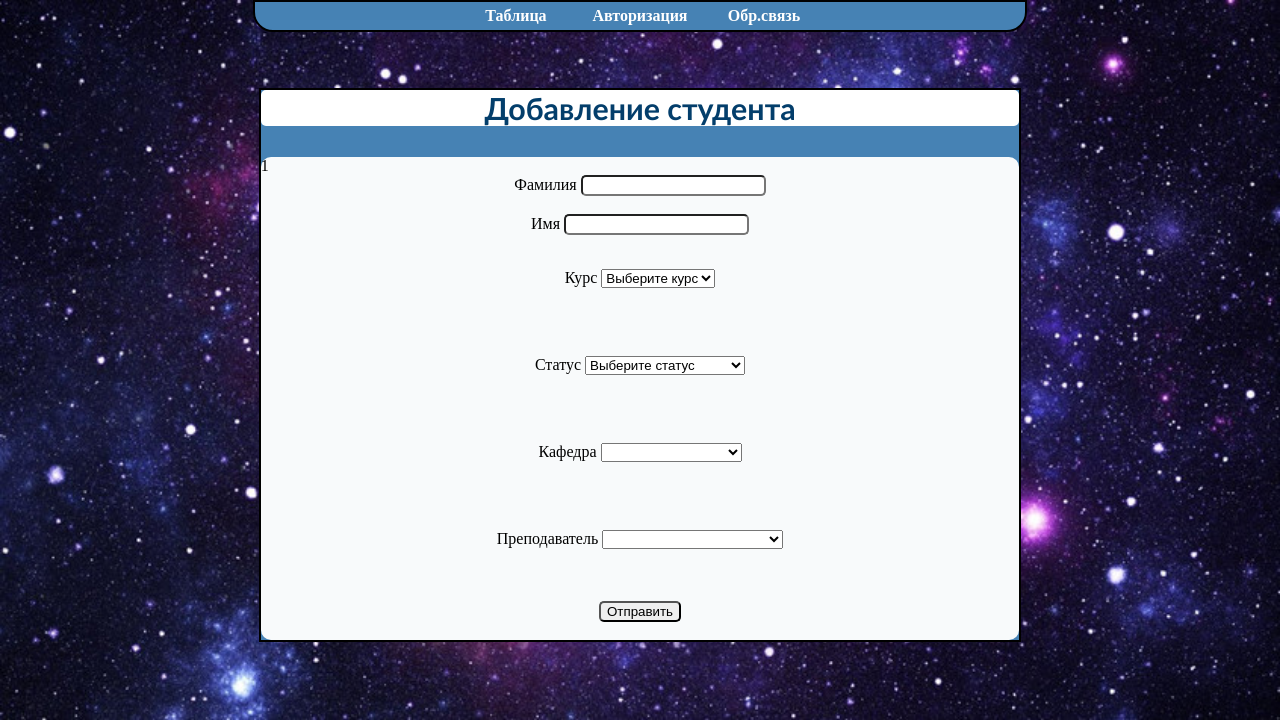
Repository: BeliaevAleksei/WeBCourse
Page: http://localhost/addSt.php
The author's editor kept a record of every edit. The page is drawn from the files as they stood at one moment, then again after the next edit.
The browser window is 1280 px wide. The pictures show the whole page.
The page is run by PHP 8.4 with error messages shown; the project is at /var/www/html/. The session is filled in as if someone had signed in: {"Id": 1, "Name": 1, "isAdmin": 1, "check": "1"}. Other server files are loaded and not shown. Queries for data that is not in the repository find no rows.

Above is the page before.

### Учебная практика/addSt.php
<!DOCTYPE html>
<html>
<head>
	<link rel="icon" type="image/x-icon" href="./img/znachok.jpg">
	<meta http-equiv="Content-Type" content="text/html; charset=utf-8" />
	<link rel="stylesheet" href="css/main.css">
	<title>Managment</title>

</head>
<body>
	<div class="page">
		<div class="header">
			<ul id="navbar">
				<li><a href="index.php">Таблица</a></li>
				<li><a href="authorization.php">Авторизация</a></li>
				<li><a href="back.php">Обр.связь</a></li>
			</ul>
		</div>
		<div class="main-text">
			<h3>Добавление студента</h3>
			<div class="main-text-content">
				<?php
				session_start();
				$check = $_SESSION['check'];
				echo $check;
				if($check = 2){
				    echo "<script>alert(\" Некорректный ввод \");</script>";
					unset($_SESSION['check']);
				}
				else if($check = 3){
				    echo "<script>alert(\" Кафедра и преподаталеь не совпадают \");</script>";
				    unset($_SESSION['check']);
				}
				include ('dao.php');
				echo "</br>";
				echo "<form action=\"AddStInTable.php\" method=\"post\">";

				echo "<label> Фамилия</label> <input type=\"text\" name=\"firstName\">
				<br><br>";

				echo "<label> Имя </label> <input type=\"text\" name=\"lastName\">
				<br><br>";


				echo " <p> <label> Курс </label>";
				echo "<select  name=\"Course\">
				<option value=\"-1\">Выберите курс</option>
				<option value= \"1\"> 1 </option>
				<option value= \"2\"> 2 </option>
				<option value= \"3\"> 3 </option>
				<option value= \"4\"> 4 </option>";
				echo "</select></p>
				<br><br>";

				echo "<p> <label> Статус </label>";
				echo "<select  name=\"Status\">
				<option value=\"-1\">Выберите статус</option>
				<option value= \"Haven't teacher\"> Haven't teacher </option>
				<option value= \"Transfer\"> Transfer </option>
				<option value= \"Appointment of teacher\"> Appointment of teacher </option>
				<option value= \"Change of teacher\"> Change of teacher </option>";
				echo "</select></p>
				<br><br>";

				echo "<p> <label> Кафедра </label>
				<select  name=\"Pulpit\">
				<option disabled> Выберите кафедру </option>";
				$dao2 = new DAO();
				$sqlPulpit = $dao2->getPulpit();
				while ($sql = mysqli_fetch_array($sqlPulpit, MYSQLI_ASSOC)) {
					$res = $sql['Pulpit'];
					echo "<option value=\"$res\">$res</option>";
				}
				echo "</select></p>
				<br><br>";

				echo "<p> <label> Преподаватель </label>";
				echo "<select name=\"Teacher\">
				<option disabled >Выберите преподавателя</option>";
				$dao = new DAO();
				$sqlTeacher = $dao->getTeachers();
				while ($sql = mysqli_fetch_array($sqlTeacher, MYSQLI_ASSOC)) {
					$res = $sql['FirstName'];
					echo "<option value=\"$res\">$res</option>";
				}
				echo "</select></p>
				<br><br>";
				echo "<input type=\"submit\" value=\"Отправить\">
				<br><br> </form>";

				?>
			</div>
		</div>
	</div>

</body>
</html>

### Учебная практика/dao.php
<?php
class DAO
{
    private $link;

    public function __construct() {
        $this->link = mysqli_connect("localhost", "dislexsu", "", "Management");
    }

    public function sql_query($sqlString)
    {
       return mysqli_query($this->link, $sqlString);
    }


    public function getPulpit() {
        return $this->sql_query("SELECT * FROM FacultyAndPulpit");
    }

    public function getTeachers() {
        return $this->sql_query("SELECT * FROM Teachers");
    }

    public function getStudents() {
        return $this->sql_query("SELECT * FROM Students");
    }

    public function addTeacher($login, $password) {
        $this->sql_query("INSERT INTO `Autorization`(`ID`, `Teacher`, `Password`) VALUES ('','$login','$password')");
    }

    public function addTeacherIntable($firstName, $lastName, $pulpit) {
        $this->sql_query("INSERT INTO `Teachers`(`ID`, `FirstName`, `LastName`, `Pulpit`) VALUES ('','$firstName', '$lastName', '$pulpit')");
    }

    public function addStudent($firstName, $lastName, $course, $status, $teacher, $pulpit) {
        $this->sql_query("INSERT INTO `Students`(`ID`, `FirstName`, `LastName`, `Course`, `Status`, `Teacher`, `Pulpit`) VALUES ('', '$firstName', '$lastName', '$course', '$status', '$teacher', '$pulpit')");
    }

    public function addFP($faculty, $pulpit) {
        $this->sql_query("INSERT INTO `FacultyAndPulpit`(`ID`, `Faculty`, `Pulpit`) VALUES ('','$faculty','$pulpit')");
    }

    public function deleteFP($id) {
        $this->sql_query("DELETE FROM `FacultyAndPulpit` WHERE ID = '$id' ");
    }

    public function deleteT($id) {
        $this->sql_query("DELETE FROM `Teachers` WHERE ID = '$id' ");
    }
    public function updateST($id, $firstName, $lastName, $course, $status, $teacher, $pulpit) {
    $this->sql_query("UPDATE `Students` SET `FirstName`= '$firstName' ,`LastName`='$lastName',`Course`='$course',`Status`='$status',`Teacher`='$teacher',`Pulpit`='$pulpit'
    WHERE ID = $id");
    }

     public function addMessage($login, $mail, $message) {
        $this->sql_query("INSERT INTO `Message`(`ID`, `Login`, `Mail`, `Message`) VALUES ('','$login','$mail', '$message')");
    }
}

### Учебная практика/css/main.css

@media (min-width: 1024px) {
	body
	{
		background: url(../img/fon.jpg);
		background-position: center center;
		background-size: cover;
		background-attachment: fixed;
	}
	.main-text-content > img {
		width: 49%;
		height: 300px;
		display: inline-block;
	}
	a{
		font-size: 1.0em;
	}
	p{
		font-size: 1.0em;
	}

	h3{
		font-size: 1.9em;
	}
	h2{
		font-size: 1.3em;
	}
		.righttable{
		width: 26%;
		float: right;
	}
	.lefttable{
		width: 26%;
		float: left;
	}
}
@media (min-width: 720px) and (max-width: 1023px) {

	body {
		background: url(../img/fon.jpg);
		background-position: center center;
		background-size: cover;
		background-attachment: fixed;

	}
	.main-text-content > img {
		/*width: 400px;*/
		width: 40%;
		height: 300px;
		display: inline-block;
	}
	a{
		font-size: 0.8em;
	}
	p{
		font-size: 0.8em;
	}

	h3{
		font-size: 1.5em;
	}
	h2{
		font-size: 1.1em;
	}
		.righttable{
		width: 26%;
		float: right;
	}
	.lefttable{
		width: 26%;
		float: left;
	}
}

@media (min-width: 480px) and (max-width: 719px)
{
	body {
		background: url(../img/fon.jpg);
		background-position: center center;
		background-size: cover;
		background-attachment: fixed;
	}
	.main-text-content > img {
		/*width: 274px;*/
		width: 30%;
		height: 300px;
		display: inline-block;
	}
	a{
		font-size: 0.5em;
	}
	p{
		font-size: 0.5em;
	}

	h3{
		font-size: 1.2em;
	}
	h2{
		font-size: 0.8em;
	}
		.righttable{
		width: 26%;
		float: right;
	}
	.lefttable{
		width: 26%;
		float: left;
	}
}
@media (min-width: 320px) and (max-width: 479px)
{
	body {
		background: url(../img/fon.jpg);
		background-position: center center;
		background-size: cover;
		background-attachment: fixed;
	}
	.main-text-content > img {
		/*width: 173px;*/
		width: 20%;
		height: 200px;;
		display: inline-block;
	}
	a{
		font-size: 0.5em;
	}
	p{
		font-size: 0.5em;
	}

	h3{
		font-size: 1.2em;
	}
	h2{
		font-size: 0.8em;
	}
	.righttable{
		width: 26%;
		float: right;
	}
	.lefttable{
		width: 26%;
		float: left;
	}
}
@media (max-width: 319px)
{
	body {

		background: url(../img/fon.jpg);
		background-position: center center;
		background-size: cover;
		background-attachment: fixed;
	}
	.main-text-content > img {
		width: 172px;
		height: 110px;
		display: inline-block;
	}
	a{
		font-size: 0.5em;
	}
	p{
		font-size: 0.5em;
	}

	h3{
		font-size: 1.0em;
	}
	h2{
		font-size: 0.8em;
	}
	.righttable{
		width: 100%;
		float: none;
	}
	.lefttable{
		width: 100%;
		float: none;
	}
}

.page {
	width: 60%; /* Ширина элемента в пикселах */
	margin: auto; /* Выравниваем по центру */
	position: relative;
}

.header {
	justify-content: space-around;
	flex-wrap: wrap;
	align-items: center;
	position: relative;
	top: 0;
	min-height: 60px;
}

.main {
	line-height: 150px;
	position: relative;
}

#navbar {
	margin: 0;
	padding: 0;
	list-style-type: none;
}
#navbar li {
	display: inline;
}

#navbar {
	margin: -8px;
	padding: 0;
	list-style-type: none;
	border: 2px solid #000000;
	border-radius: 0px 0px 20px 20px;
	text-align: center;
	background-color:#4682B4;
}
#navbar a {
	color: #fff;
	padding: 5px 10px;
	text-decoration: none;
	font-weight: bold;
	display: inline-block;
	width: 100px;
}
#navbar a:hover {
	border-radius: 20px 5px;
	background-color: #B0C4DE;
}

.main-text{
	outline: 2px solid #000;
	background-color:#4682B4;
	margin:auto;
}


.main-text-content {
	background-color: rgba(255, 255, 254, 0.96);
	border-radius: 10px;
	margin:auto;
}

.main-text-content .clearbox {
	display: table;
}

.main-text > h3 {
	text-align: center;
	color: #033E6B;
	font-family: "Gabriela", TREBUCHET MS;
	background-color: #FFFFFF;
	border-radius: 5px;
}

.main-text-content > a {
	display: block;
	min-width: 20px;
	background-color: #FFFFFF;
	color: #033E6B;
	font-family: "Gabriela", TREBUCHET MS;
	border-bottom: 2px solid maroon; /* Параметры линии под текстом */
	font-weight: normal; /* Убираем жирное начертание */
	padding-bottom: 5px; /* Расстояние от текста до линии */
	text-align: left;
}


.main-text-content > p {
	display: block;
	text-indent: 2em;
	margin: 0 5px;
	color: #033E6B;
	border-radius: 5px;
	line-height: 34px;
}

.main-text-content img {
	margin-bottom: 10px;
	-o-object-fit: cover;
	object-fit: cover; /* способ встраивания содержимого в элемент */
	object-position: center; /* способ размещения содержимого в элементе */
}
.main-text-content .clearbox {
	display: table;
	clear: both;
}

#imginf {
	float: left; /* задает выравнивание элемента */
	margin-right: 10px;
}



.lefttable{
	display: table;
	background-color: #FFFFFF;
	border-radius: 5px;
}

.righttable{
	display: table;
	background-color: #FFFFFF;
	border-radius: 5px;
}
/*form{*/
/*	margin: 0  1%;*/
/*}*/
label{
	align-items: center;
	text-align: center;
}
form{
	align-items: center;
	text-align: center;
}
#about{
	width: 90%;
}
TABLE {
    width: 60%;
    margin: auto;
   }
   TD {
   	width: 60%;
    margin: auto;
   }

input {
    border-radius: 5px;
}

After the next edit:
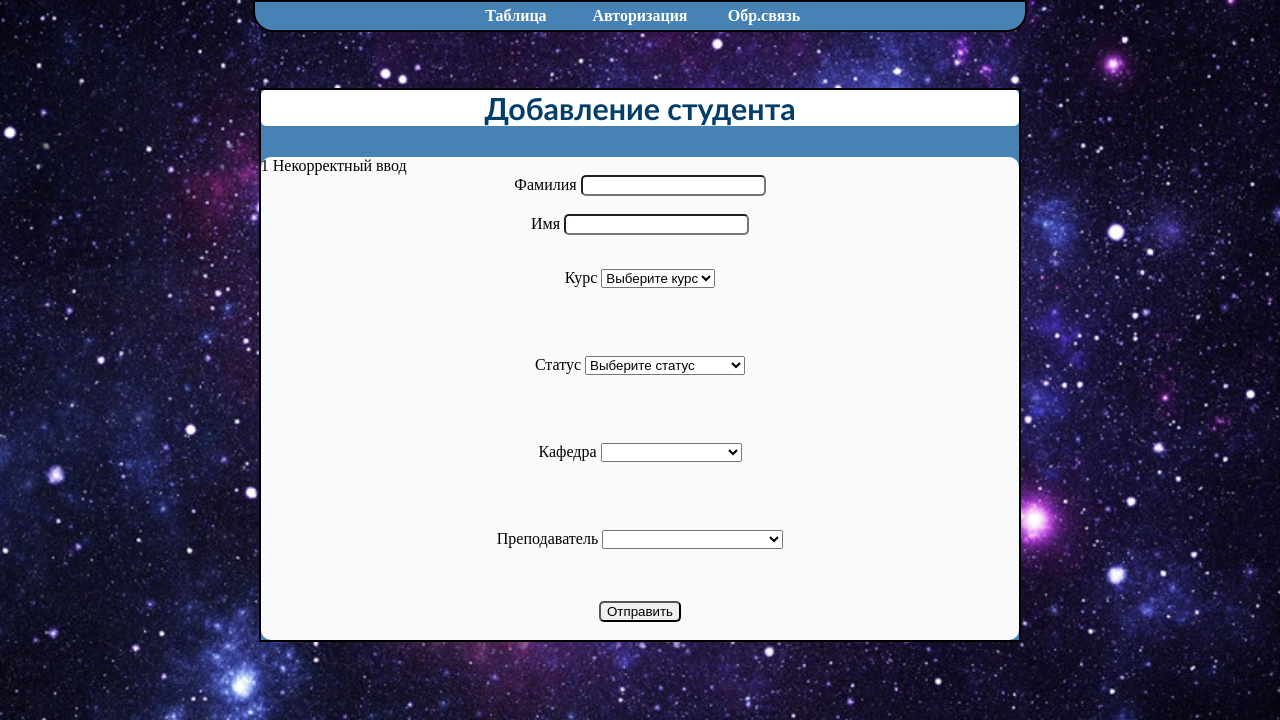
The edit:
--- a/Учебная практика/addSt.php
+++ b/Учебная практика/addSt.php
@@ -24,8 +24,8 @@
 				$check = $_SESSION['check'];
 				echo $check;
 				if($check = 2){
-				    echo "<script>alert(\" Некорректный ввод \");</script>";
-					unset($_SESSION['check']);
+				    echo " Некорректный ввод ";
+				// 	unset($_SESSION['check']);
 				}
 				else if($check = 3){
 				    echo "<script>alert(\" Кафедра и преподаталеь не совпадают \");</script>";
